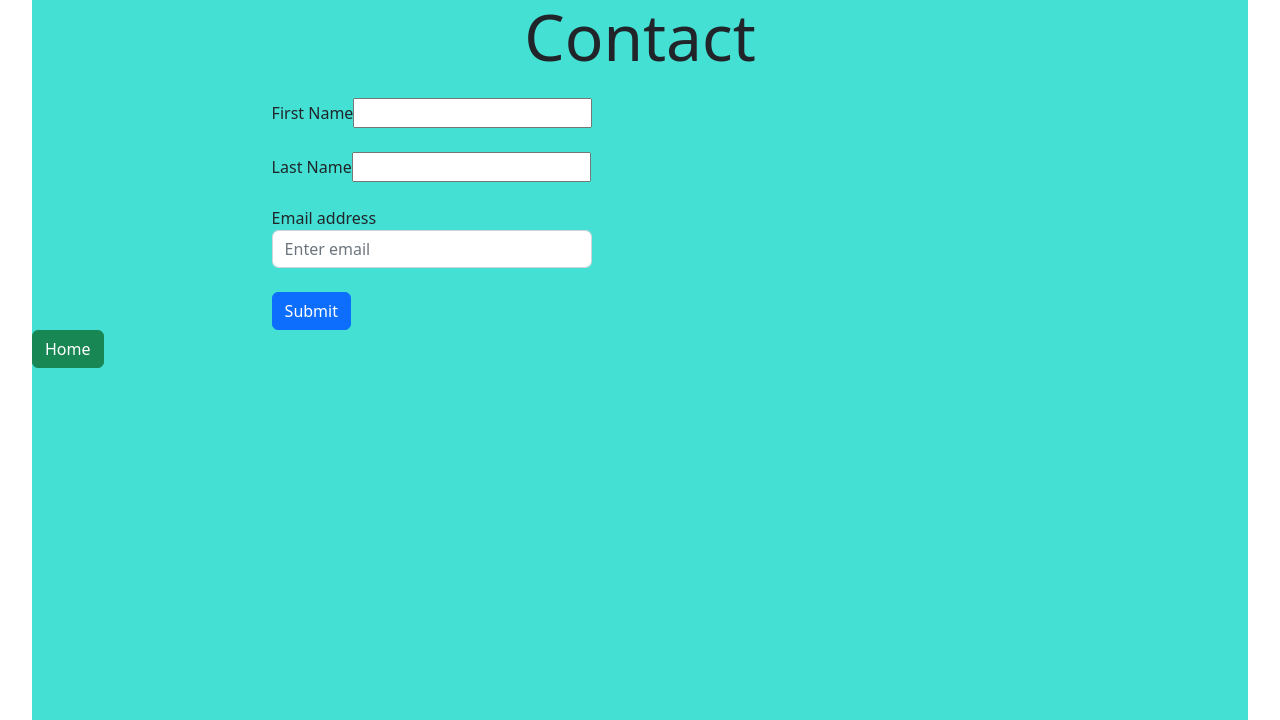
Repository: collegedude9300/zenstationnext
Page: /Contact
An editor plug-in stored every save of this project. The page is shown before and after the next save, followed by the edit.
The browser window is 1280 px wide. The pictures show the whole page.
The project was rebuilt for these pictures with package versions that can differ from the ones it lists, and the page was loaded fresh each time. The framework's server and built-in components were replaced by stand-ins that run in the browser. Also part of the build but not shown: next.config.js.

Above is the page before, as saved 2022-10-19 12:35:23.

After the next save:
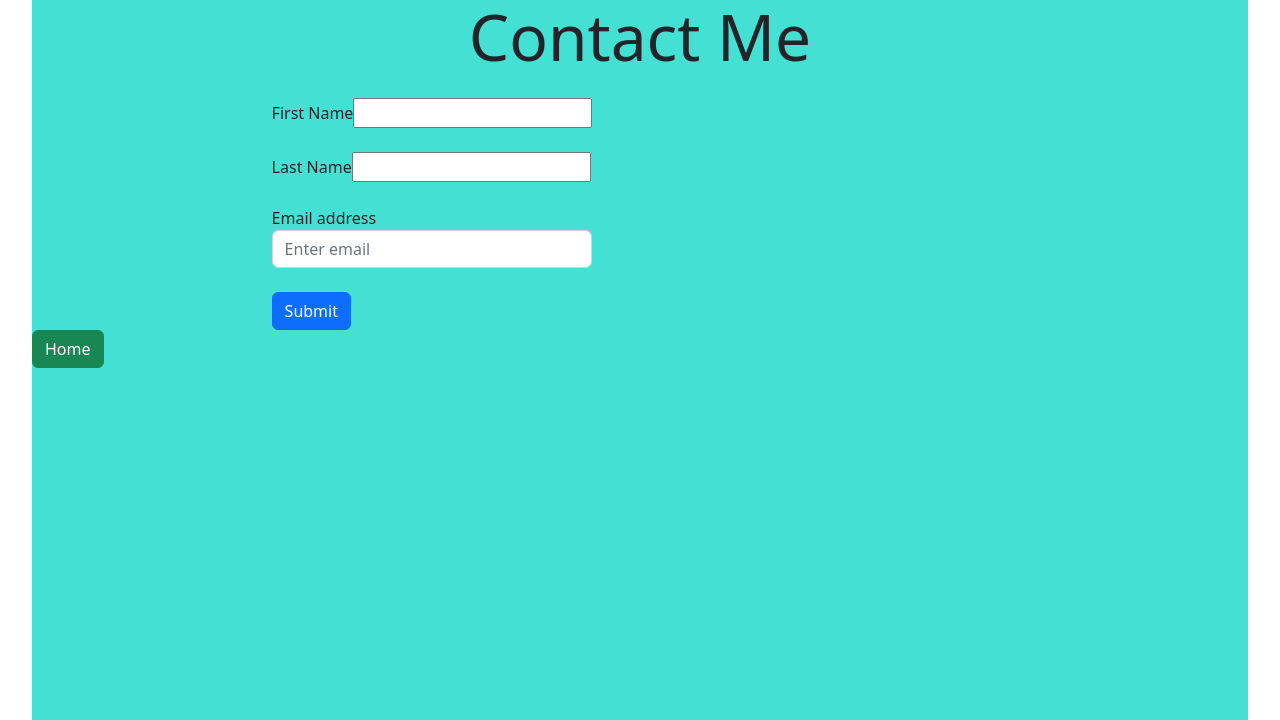
Saved 13 s later.
--- a/pages/Contact.js
+++ b/pages/Contact.js
@@ -31,7 +31,7 @@ export default function Contact() {
 
       <main className={styles.pages}>
         <h1 className={styles.title}>
-          Contact
+          Contact Me
         </h1>
         <div className={styles.grid}>
             <form onSubmit={handleSubmit}>
